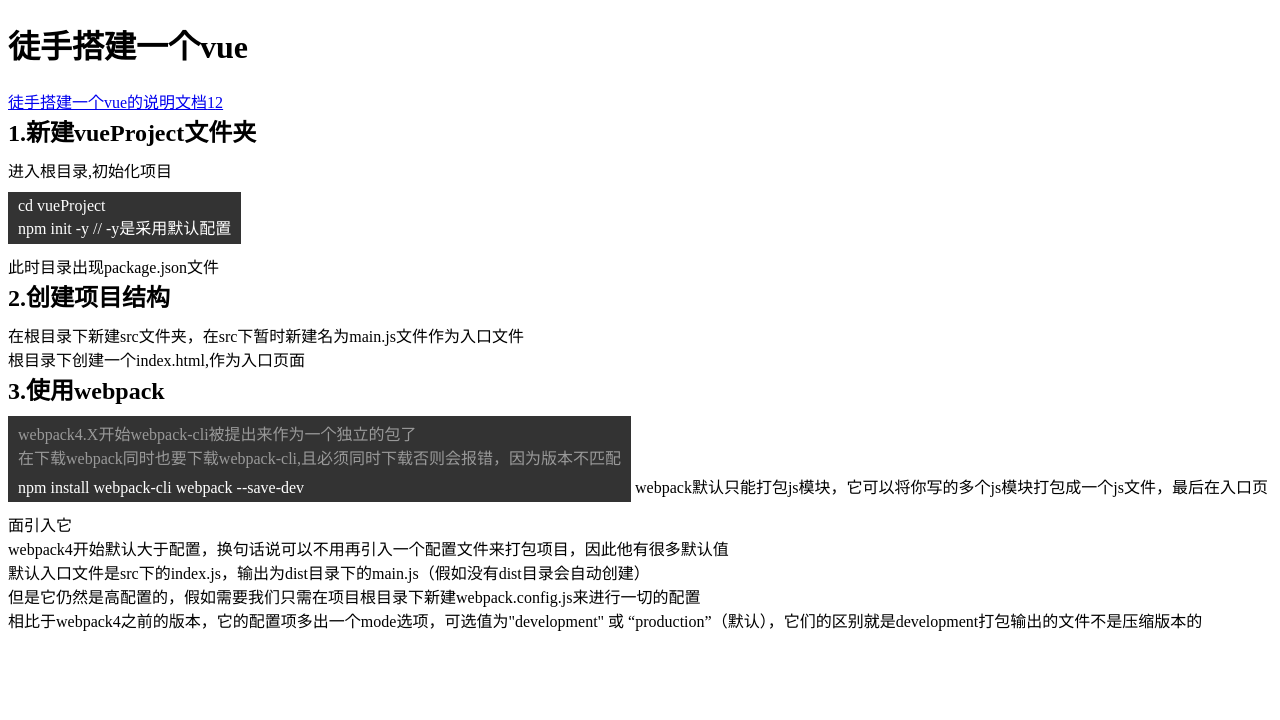
Repository: yuWhy/vue-build-cli
Page: /#/vueBuild
These files come from the project's save history. The page is drawn as it stood at one moment and after the next save; the edit follows.
The browser window is 1280 px wide. The pictures show the whole page.
The project was rebuilt for these pictures with package versions that can differ from the ones it lists, and the page was loaded fresh each time. Also part of the build but not shown: webpack.config.js, src/router/index.js.

Above is the page before, as saved 2021-02-19 16:11:42.

After the next save:
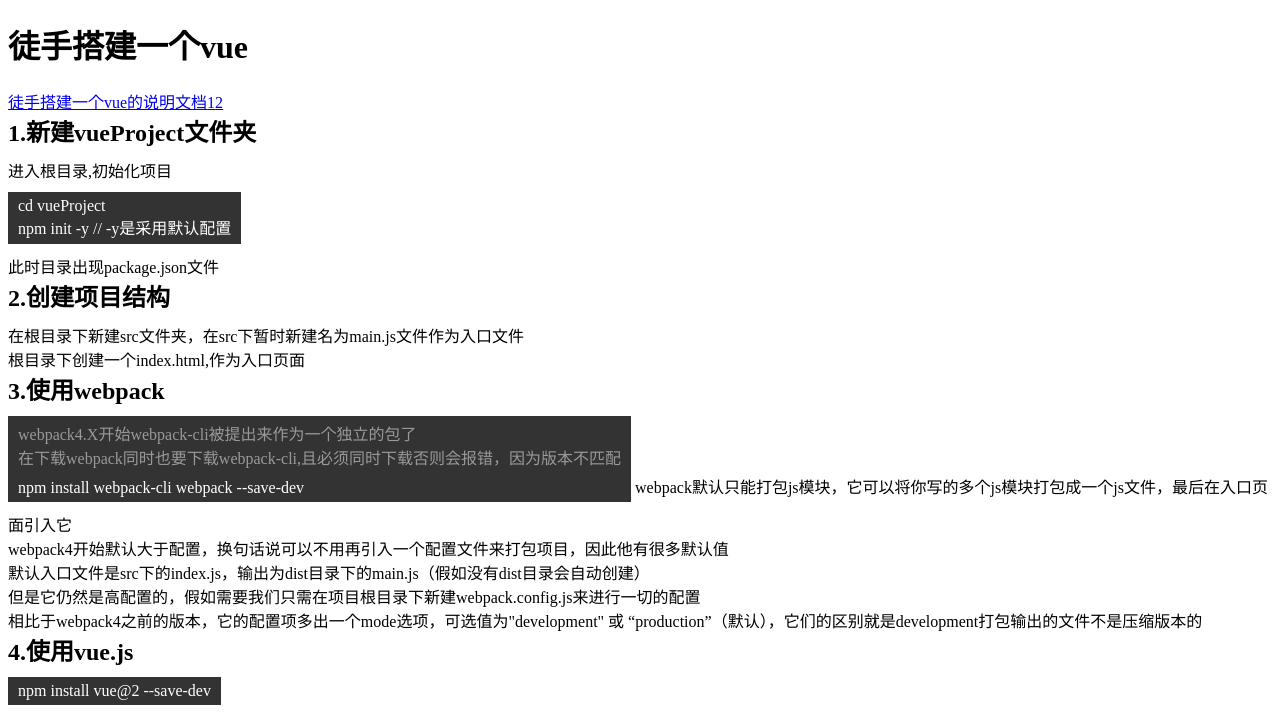
Saved 65 s later.
--- a/src/components/vue-build.vue
+++ b/src/components/vue-build.vue
@@ -18,14 +18,12 @@
       npm install webpack-cli webpack --save-dev<br>
     </div>
     webpack默认只能打包js模块，它可以将你写的多个js模块打包成一个js文件，最后在入口页面引入它<br>
-
-webpack4开始默认大于配置，换句话说可以不用再引入一个配置文件来打包项目，因此他有很多默认值<br>
-
-默认入口文件是src下的index.js，输出为dist目录下的main.js（假如没有dist目录会自动创建）<br>
-
-但是它仍然是高配置的，假如需要我们只需在项目根目录下新建webpack.config.js来进行一切的配置<br>
-
-相比于webpack4之前的版本，它的配置项多出一个mode选项，可选值为"development" 或 “production”（默认），它们的区别就是development打包输出的文件不是压缩版本的
+    webpack4开始默认大于配置，换句话说可以不用再引入一个配置文件来打包项目，因此他有很多默认值<br>
+    默认入口文件是src下的index.js，输出为dist目录下的main.js（假如没有dist目录会自动创建）<br>
+    但是它仍然是高配置的，假如需要我们只需在项目根目录下新建webpack.config.js来进行一切的配置<br>
+    相比于webpack4之前的版本，它的配置项多出一个mode选项，可选值为"development" 或 “production”（默认），它们的区别就是development打包输出的文件不是压缩版本的
+    <h2>4.使用vue.js</h2>
+    <div class="dimk">npm install vue@2 --save-dev</div>
   </div>
 </template>
 <script>
